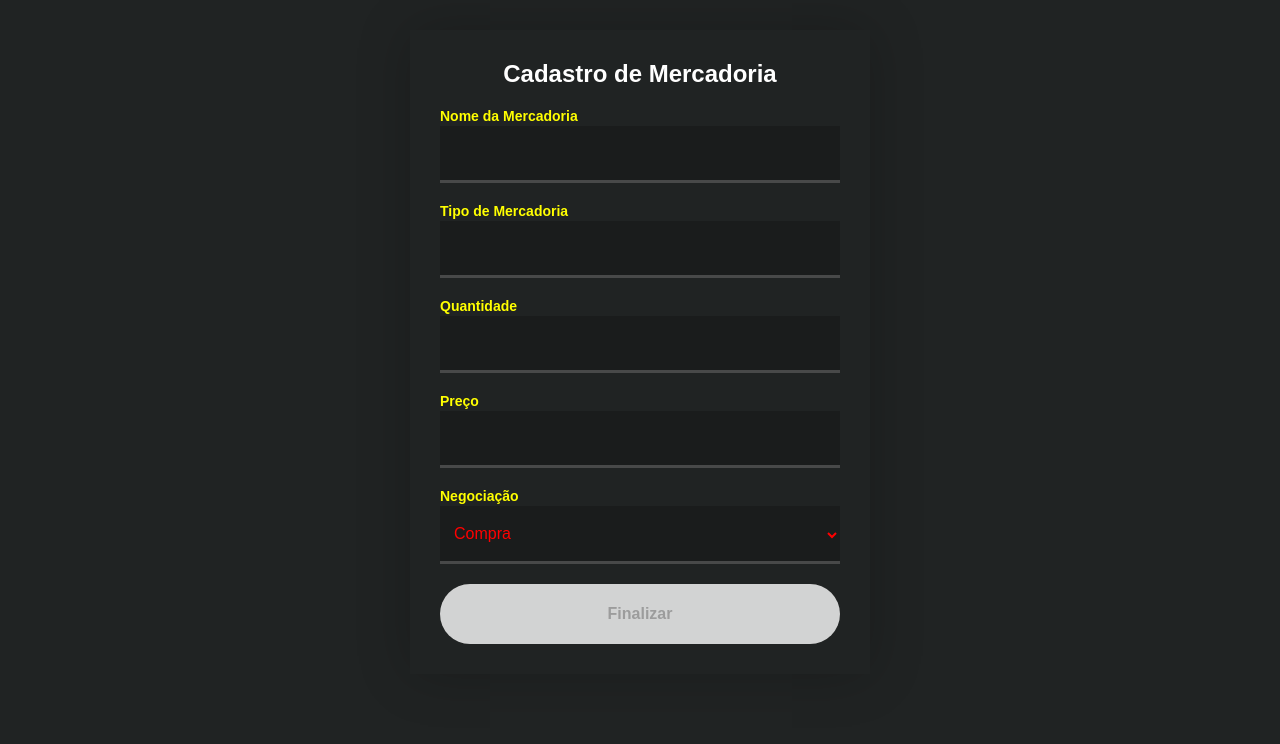
Repository: felipedischer/valemobi
Page: http://localhost/Valemobi/
The author's editor kept a copy of each file at every save. The page is drawn from the files as they stood at one save, then again after the next save.
The browser window is 1280 px wide. The pictures show the whole page.
The page is served by Tomcat 9.

Above is the page before, as saved 2016-09-28 04:13:12.

After the next save:
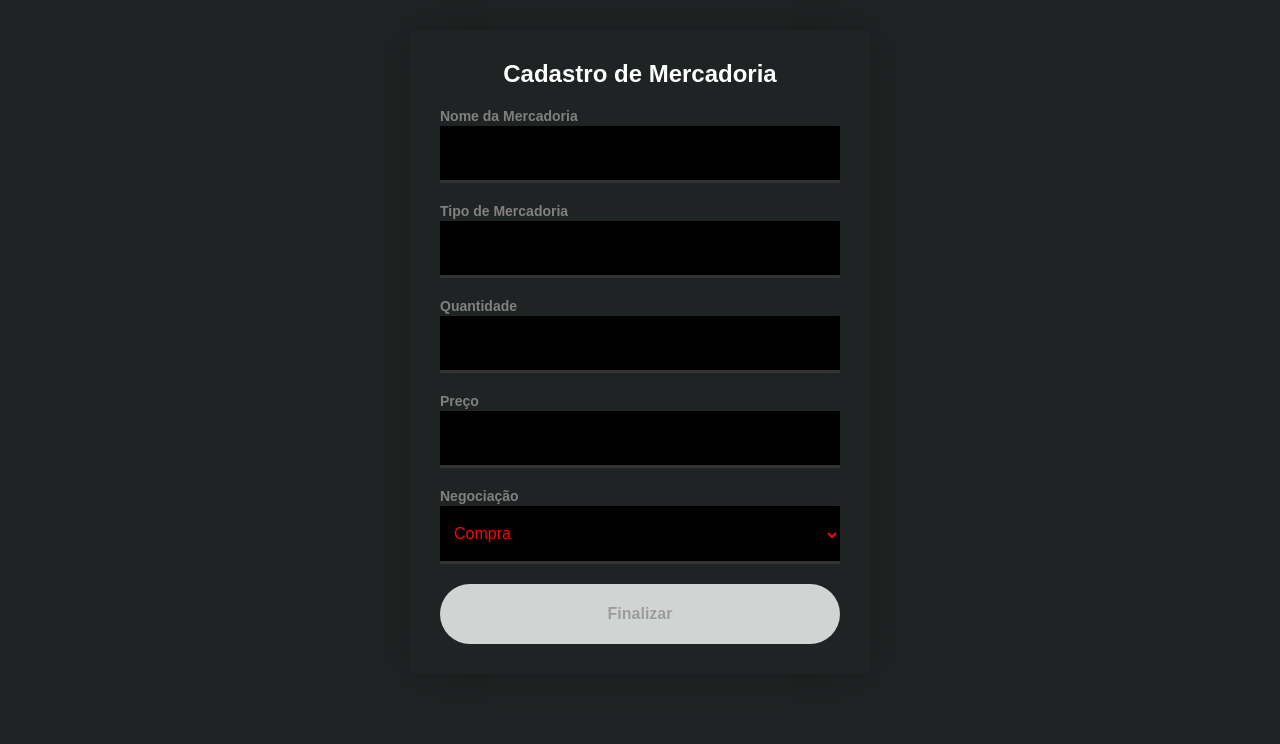
Saved 33 s later.
--- a/Valemobi/WebContent/estilo/css/estilo.css
+++ b/Valemobi/WebContent/estilo/css/estilo.css
@@ -56,7 +56,7 @@ form .grupo label{
 	font-weight: bold;
 	font-size: 14px;
 	margin-bottom: 2px;
-	color: yellow;
+	color: Grey;
 }
 form .grupo input, form .grupo select{
 	border: none;
@@ -64,7 +64,7 @@ form .grupo input, form .grupo select{
 	width: 100%;
 	padding: 10px;
 	font-size: 16px;
-	background: rgba(0,0,0,0.2);
+	background: black;
 	color: red;
     padding: 18px 10px;
     border-bottom: solid 3px rgba(255,255,255,0.2);
